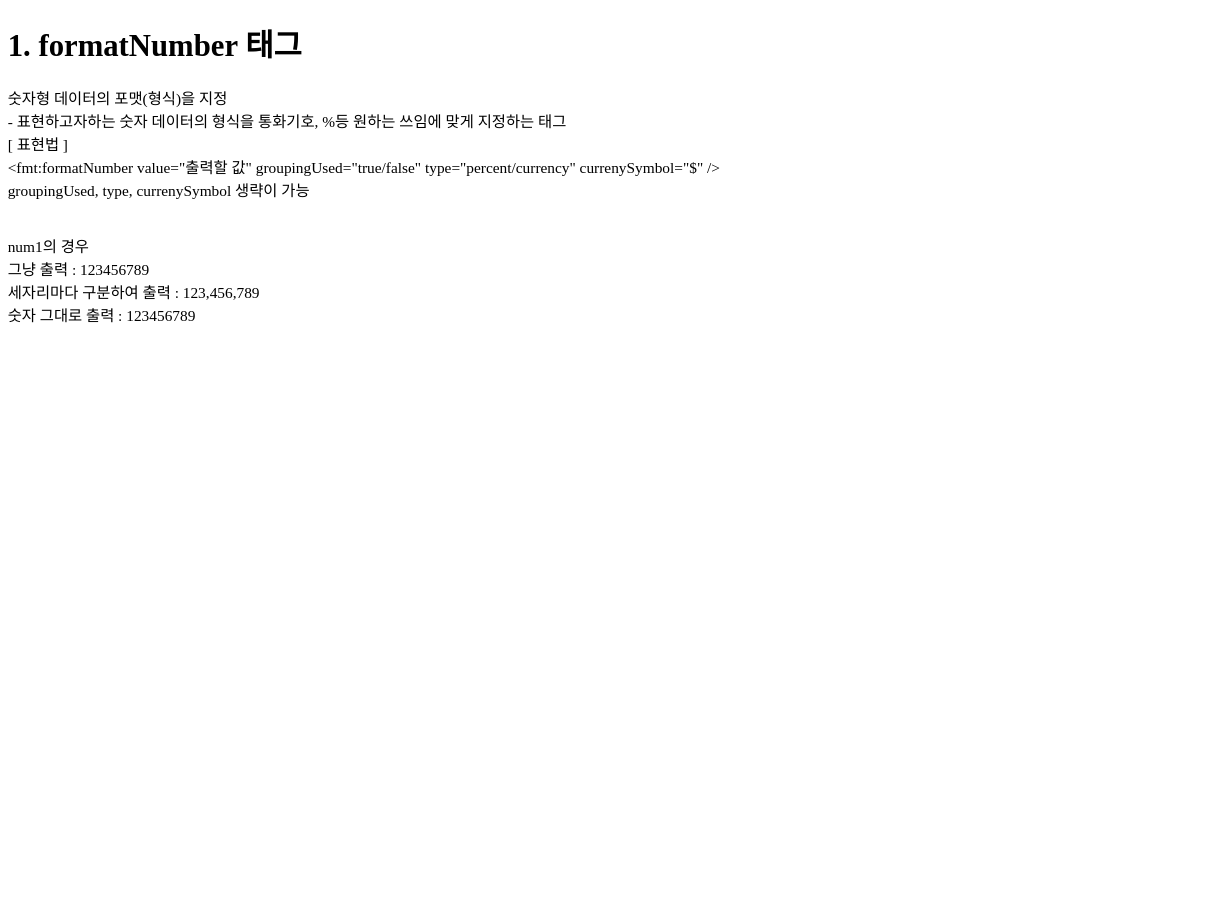
Repository: DonghwanSon1/ajax-jsp-study
Page: http://localhost/ActionProject/views/3_CustomAction/02_formatting.jsp
An editor plug-in stored every save of this project. The page is shown before and after the next save, followed by the edit.
The browser window is 1280 px wide. The pictures show the whole page, at 96% of full size.
The page is served by Tomcat 9. Other server files are loaded and not shown.

Above is the page before, as saved 2022-07-13 01:36:15.

### ActionProject/WebContent/views/3_CustomAction/02_formatting.jsp
<%@ page language="java" contentType="text/html; charset=UTF-8"
    pageEncoding="UTF-8"%>
<%@ taglib prefix="c" uri="http://java.sun.com/jsp/jstl/core" %>
<%@ taglib prefix="fmt" uri="http://java.sun.com/jsp/jstl/fmt" %>
<!DOCTYPE html>
<html>
<head>
<meta charset="UTF-8">
<title>formatting 페이지</title>
</head>
<body>

	<!--
		Unknown Tag : 라이브러리 선언을 안해서 나는 오류 = taglib지시어를 안썻다.
		No end tag : 닫는 태그를 안썻다.
	 -->

	<h1>1. formatNumber 태그</h1>

	<p>
		숫자형 데이터의 포맷(형식)을 지정<br>
		- 표현하고자하는 숫자 데이터의 형식을 통화기호, %등 원하는 쓰임에 맞게 지정하는 태그 <br>

		[ 표현법 ] <br>

		&lt;fmt:formatNumber value="출력할 값" groupingUsed="true/false" type="percent/currency" currenySymbol="$" /&gt; <br>

		groupingUsed, type, currenySymbol 생략이 가능
	</p>

	<br>

	<!-- 테스트할 변수 선언 및 초기화 -->
	<c:set var="num1" value="123456789"></c:set>
	<c:set var="num2" value="0.75"></c:set>
	<c:set var="num3" value="50000"></c:set>

	num1의 경우 <br>
	그냥 출력 : ${ num1 } <br>
	세자리마다 구분하여 출력 : <fmt:formatNumber value="${ num1 }" /> <br>
	숫자 그대로 출력 : <fmt:formatNumber value="${ num1 }" groupingUsed="false"></fmt:formatNumber> <br><br>

	<!--
		groupingUsed 속성 : 3자리마다 ,로 구분해주는 속성(생략가능 기본값은 true)
	 -->
















<br><br><br><br><br><br><br><br><br><br><br><br><br><br><br><br><br><br><br><br><br><br><br><br><br><br><br><br><br><br><br><br><br>
</body>
</html>

After the next save:
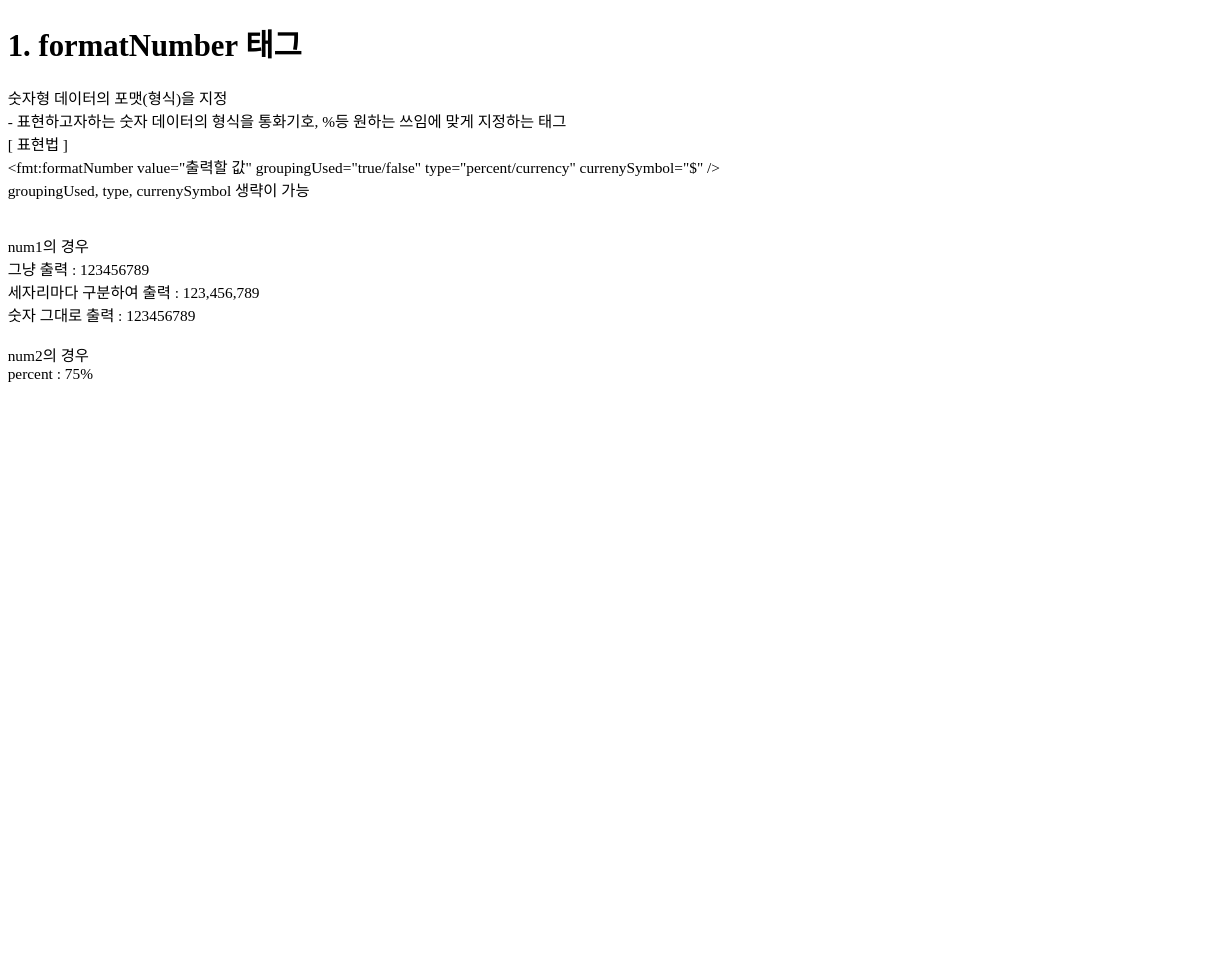
Saved 83 s later.
--- a/ActionProject/WebContent/views/3_CustomAction/02_formatting.jsp
+++ b/ActionProject/WebContent/views/3_CustomAction/02_formatting.jsp
@@ -43,6 +43,8 @@
 	<!--
 		groupingUsed 속성 : 3자리마다 ,로 구분해주는 속성(생략가능 기본값은 true)
 	 -->
+	 num2의 경우<br>
+	 percent : <fmt:formatNumber value="${ num2 }" type="percent" /> <br><br>
 
 
 
